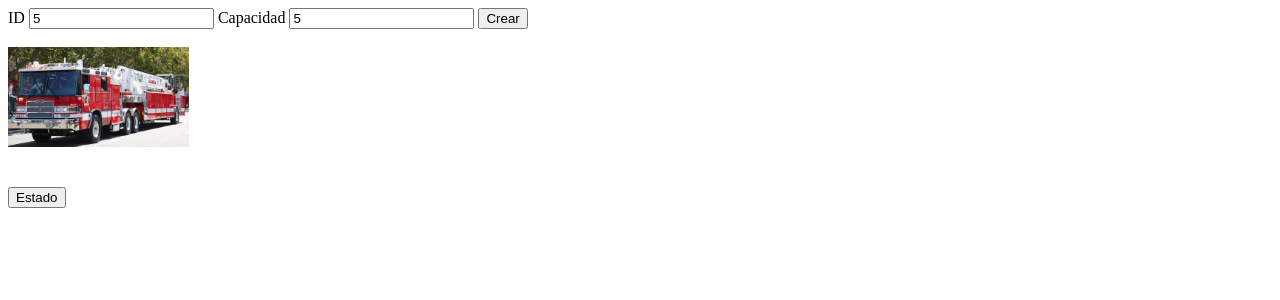
Repository: Robin-Rivadeneira/prueva_pablo
Page: index.html
The author's editor kept a copy of each file at every save. The page is drawn from the files as they stood at one save, then again after the next save.
The browser window is 1280 px wide. The pictures show the whole page.
Empty fields were first filled with sample values (such as "Sample", 5 or name@example.com).
After loading, the first visible `button` was clicked once.

Above is the page before, as saved 2020-01-16 09:41:52.

After the next save:
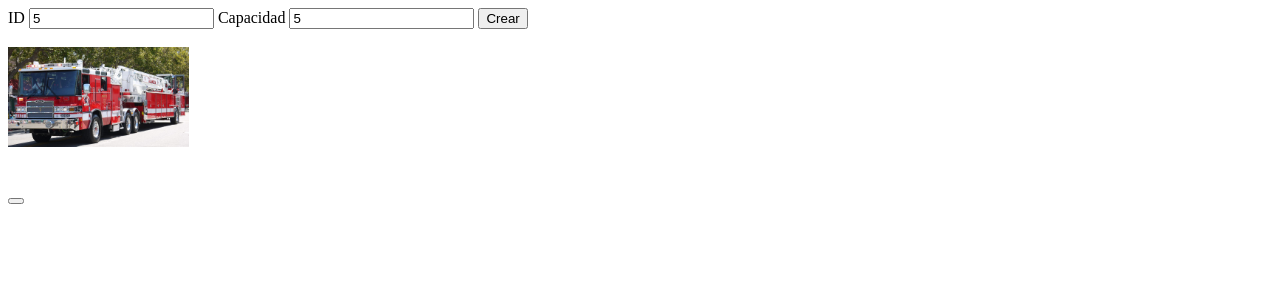
Saved 10 h 31 min later.
--- a/js/Motobomba.js
+++ b/js/Motobomba.js
@@ -39,7 +39,7 @@ class Motobomba {
         console.log(this.id)
         console.log(this.capacidad)
         document.getElementById('img').innerHTML='<img src="img/camion.jpg" windth="130px" height="100px">'
-        document.getElementById('pintar').innerHTML='<button type="button" id="estado" onclick="moto.toString()">Estado</button>'
+        document.getElementById('pintar').innerHTML='<button type="button" id="estado" onclick="moto.toString()"></button>'
     }
 }
 
